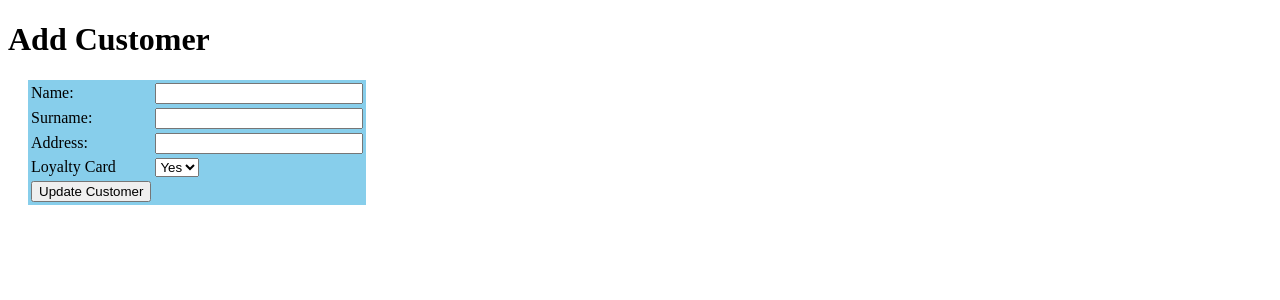
Repository: ieuqirne/Software_Architecture
Page: http://localhost/DE_Store/addCustomer.html
These files come from the project's save history. The page is drawn as it stood at one moment and after the next save; the edit follows.
The browser window is 1280 px wide. The pictures show the whole page.
The page is served by Tomcat 9. Other server files are loaded and not shown.

Above is the page before, as saved 2019-11-24 17:58:06.

### DE_Store/WebContent/addCustomer.html
 <!DOCTYPE html>
<html>
<head>
<meta charset="ISO-8859-1">
<title>Add Customer</title>
</head>
<body>
	<h1>Add Customer</h1>
	<form action=ManagerAddCustomer.jsp method="post">
		<table style="background-color: skyblue; margin-left: 20px; margin-left: 20px;">
			<tr><td>Name:</td><td><input type="text" name="name" style="width: 200px"></td></tr>
			<tr><td>Surname:</td><td><input type="text" name="surname" style="width: 200px"></td></tr>
			<tr><td>Address:</td><td><input type="text" name="address" style="width: 200px"></td></tr>
			<tr><td>Loyalty Card</td><td>
										<select name ="loyalty">
											<option value="Yes">Yes</option>
											<option value="No">No</option>
										</select>
								</td></tr>
			<tr><td><input type="submit" value="Update Customer"></td></tr>
		</table>
	</form>
	<!--  Complete Interface addCustomer. -->
</body>
</html>

After the next save:
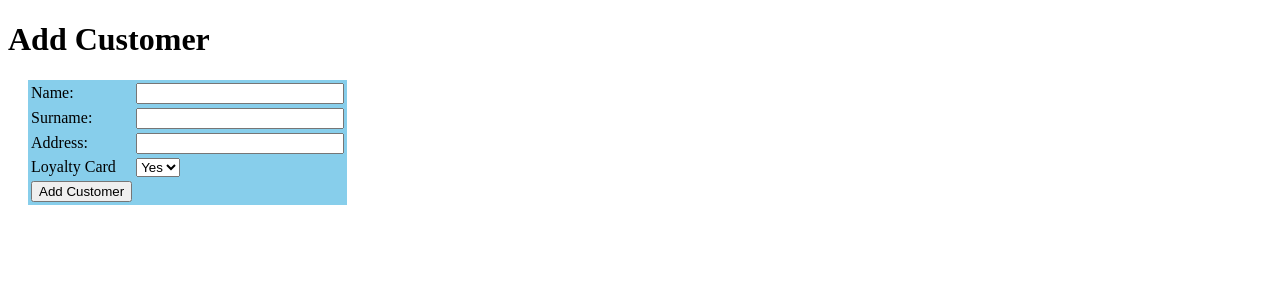
Saved 45 s later.
--- a/DE_Store/WebContent/addCustomer.html
+++ b/DE_Store/WebContent/addCustomer.html
@@ -17,7 +17,7 @@
 											<option value="No">No</option>
 										</select>
 								</td></tr>
-			<tr><td><input type="submit" value="Update Customer"></td></tr>
+			<tr><td><input type="submit" value="Add Customer"></td></tr>
 		</table>
 	</form>
 	<!--  Complete Interface addCustomer. -->
